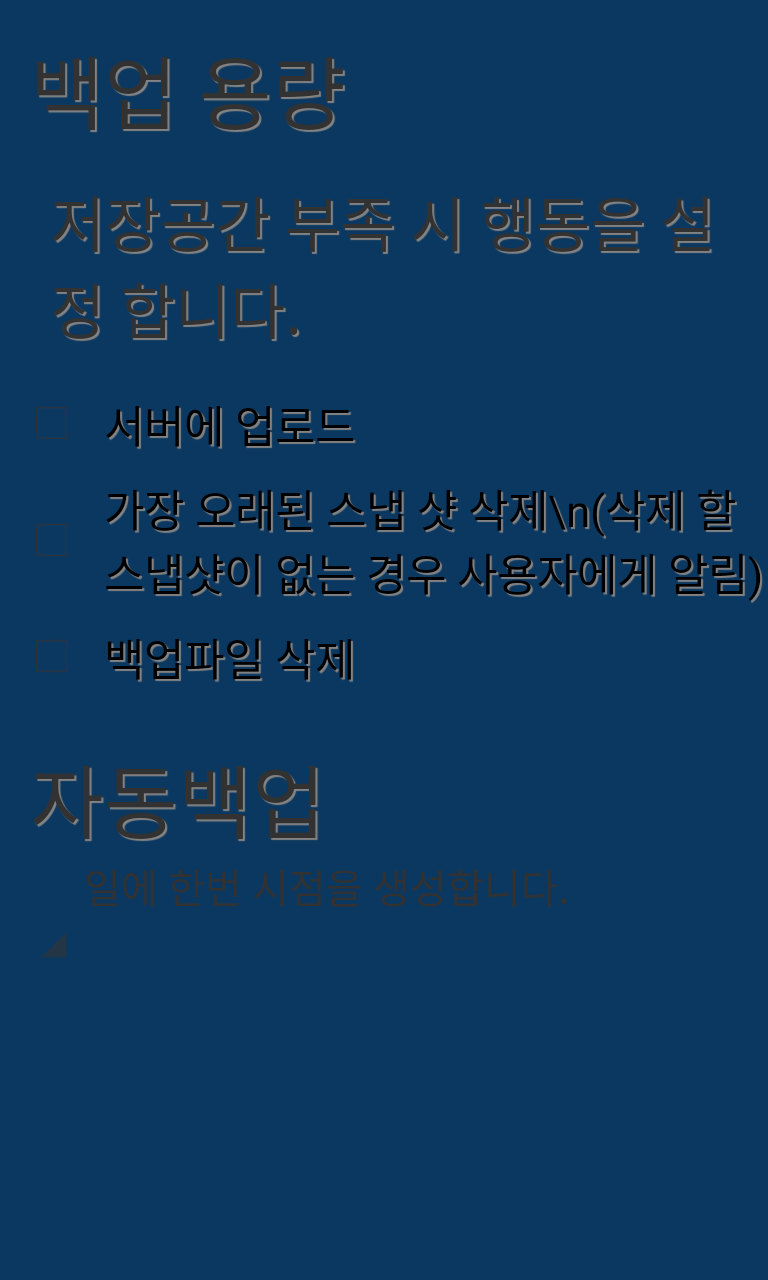
Repository: zzttt/LVM_BackupSol
Layout: TimeTraveler/res/layout/inflate_three.xml
An editor plug-in stored every save of this project. The layout is shown before and after the next save, followed by the edit.
It is drawn on a 768 x 1280 px phone screen (xhdpi) without system bars, with theme AppTheme; the app's code is not run. The app's manifest (not shown) leaves right-to-left support off. So textAlignment, textDirection and layoutDirection are ignored, and left and right values win over start and end ones.

Above is the layout before, as saved 2014-07-02 15:15:32.

After the next save:
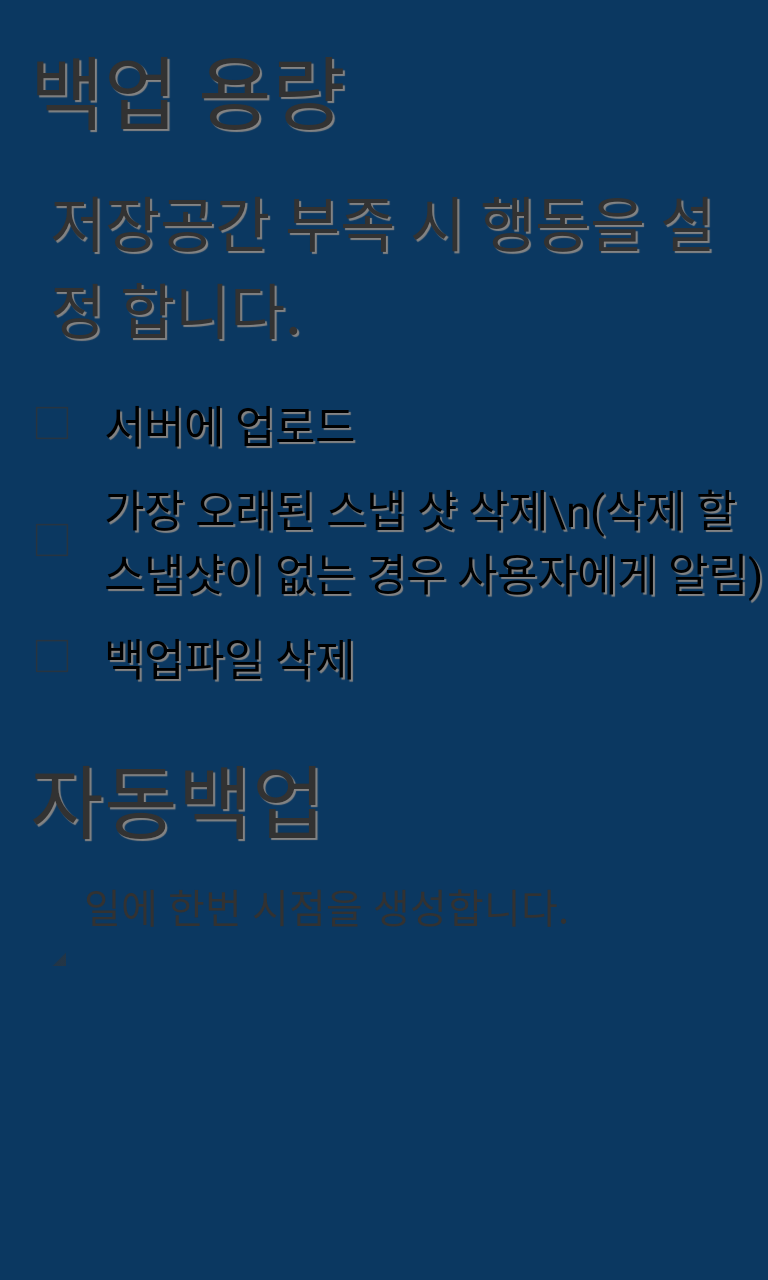
Saved 33 s later.
--- a/TimeTraveler/res/layout/inflate_three.xml
+++ b/TimeTraveler/res/layout/inflate_three.xml
@@ -101,7 +101,7 @@
                 android:layout_width="fill_parent"
                 android:layout_height="wrap_content"
                 android:orientation="horizontal"
-                android:layout_gravity="center_vertical"
+                android:gravity="center"
                 >
 
                 <Spinner
